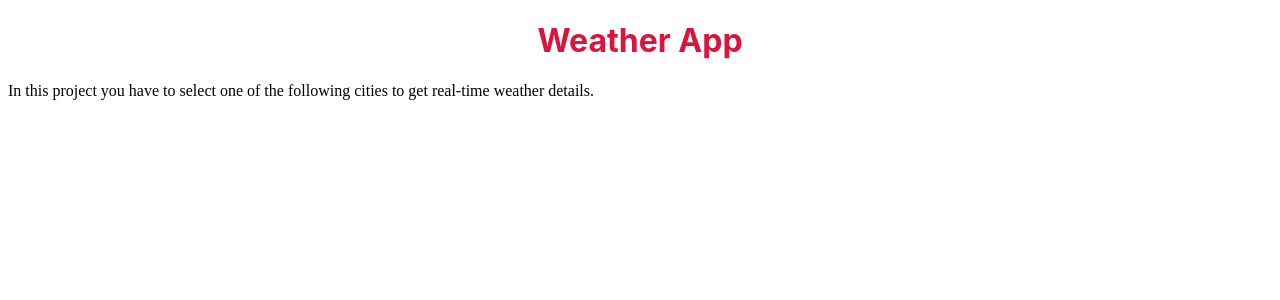
Repository: AalokJadhav/Weather_Website
Page: welcome.html
The author's editor kept a copy of each file at every save. The page is drawn from the files as they stood at one save, then again after the next save.
The browser window is 1280 px wide. The pictures show the whole page.

Above is the page before, as saved 2020-11-03 07:57:28.

After the next save:
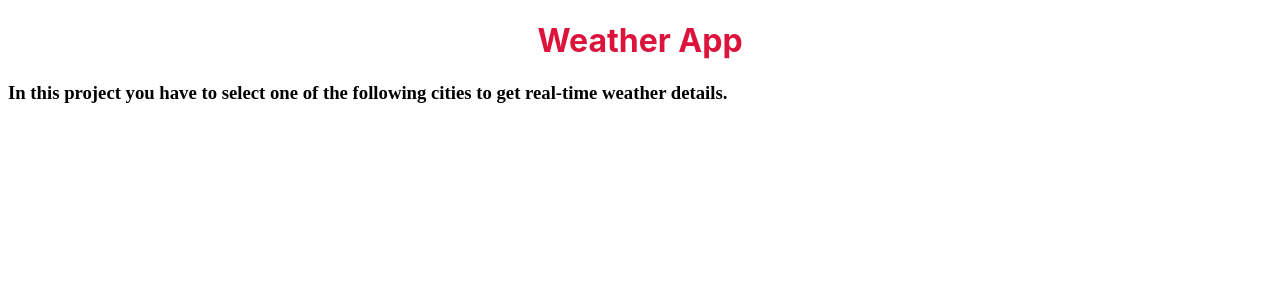
Saved 27 s later.
--- a/welcome.html
+++ b/welcome.html
@@ -7,8 +7,11 @@
 </head>
 <body>
     <h1 style="font-family:-apple-system, BlinkMacSystemFont, 'Segoe UI', Roboto, Oxygen, Ubuntu, Cantarell, 'Open Sans', 'Helvetica Neue', sans-serif; color: crimson;text-align: center;"> Weather App</h1>
-    <p>
+
+    <h3>
+        <p>
         In this project you have to select one of the following cities to get real-time weather details.
     </p>
+    </h3>
 </body>
 </html>
